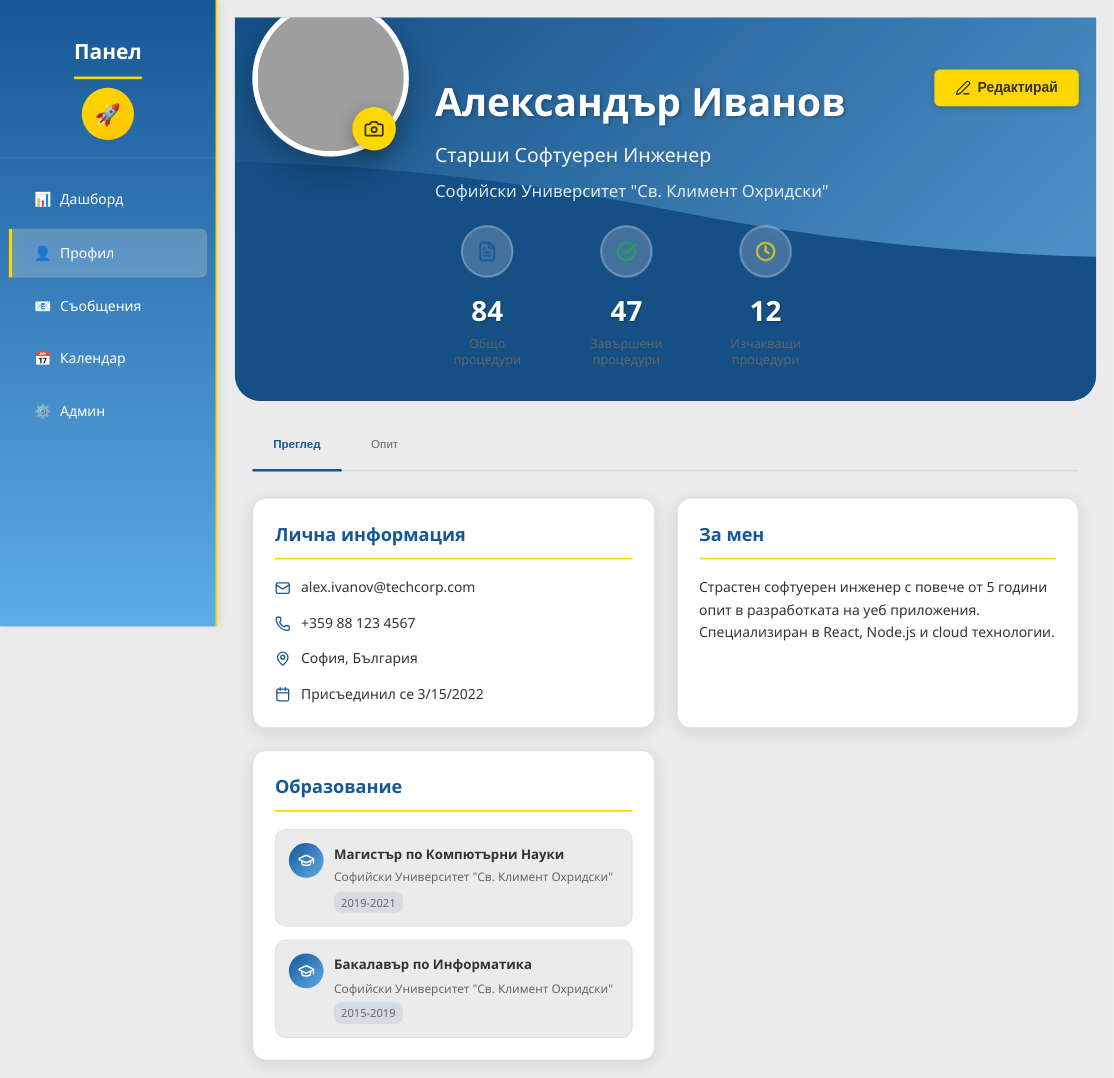
Repository: BorisSavianov/doxa-frontend
Page: /profile
The author's editor kept a copy of each file at every save. The page is drawn from the files as they stood at one save, then again after the next save.
The browser window is 1280 px wide. The pictures show the whole page, at 87% of full size.
Pictures or frames that could not be fetched are drawn as grey boxes. The project was rebuilt for these pictures with package versions that can differ from the ones it lists, and the page was loaded fresh each time. Also part of the build but not shown: vite.config.js, src/components/Layout/Header.jsx, src/components/Charts/SimpleChart.jsx, src/pages/Dashboard.jsx, src/pages/Inbox.css, src/pages/Inbox.jsx, src/pages/Calendar.css, src/pages/Calendar.jsx and 1 more.

Above is the page before, as saved 2025-10-24 14:05:03.

### index.html
<!doctype html>
<html lang="en">
  <head>
    <meta charset="UTF-8" />
    <link rel="icon" type="image/svg+xml" href="/vite.svg" />
    <meta name="viewport" content="width=device-width, initial-scale=1.0" />
    <title>vtu</title>
  </head>
  <body>
    <div id="root"></div>
    <script type="module" src="/src/main.jsx"></script>
  </body>
</html>

### src/main.jsx
import React from 'react'
import ReactDOM from 'react-dom/client'
import { createBrowserRouter, RouterProvider } from 'react-router-dom'
import { ThemeProvider } from './contexts/ThemeContext'
import { LanguageProvider } from './contexts/LanguageContext'
import Layout from './components/Layout/Layout'
import Dashboard from './pages/Dashboard'
import Profile from './pages/Profile'
import Inbox from './pages/Inbox'
import Calendar from './pages/Calendar'
import Admin from './pages/Admin'
import './index.css'

const router = createBrowserRouter([
  {
    path: "/",
    element: <Layout />,
    children: [
      {
        index: true,
        element: <Dashboard />,
      },
      {
        path: "dashboard",
        element: <Dashboard />,
      },
      {
        path: "profile",
        element: <Profile />,
      },
      {
        path: "inbox",
        element: <Inbox />,
      },
      {
        path: "calendar",
        element: <Calendar />,
      },
      {
        path: "admin",
        element: <Admin />,
      },
    ],
  },
], {
  future: {
    v7_startTransition: true,
    v7_relativeSplatPath: true,
  },
});

function App() {
  return (
    <ThemeProvider>
      <LanguageProvider>
        <RouterProvider router={router} />
      </LanguageProvider>
    </ThemeProvider>
  )
}

ReactDOM.createRoot(document.getElementById('root')).render(
  <React.StrictMode>
    <App />
  </React.StrictMode>,
)

### src/contexts/LanguageContext.jsx
import React, { createContext, useContext, useState } from 'react'
import { useLocalStorage } from '../hooks/useLocalStorage'

const LanguageContext = createContext()

export const useLanguage = () => {
  const context = useContext(LanguageContext)
  if (!context) {
    throw new Error('useLanguage must be used within a LanguageProvider')
  }
  return context
}

export const LanguageProvider = ({ children }) => {
  const [isEnglish, setIsEnglish] = useLocalStorage('language', false)

  const toggleLanguage = () => {
    setIsEnglish(prev => !prev)
  }

  const t = (bg, en) => {
    return isEnglish ? en : bg
  }

  const value = {
    isEnglish,
    toggleLanguage,
    t
  }

  return (
    <LanguageContext.Provider value={value}>
      {children}
    </LanguageContext.Provider>
  )
}

// В LanguageContext.jsx, добави следния код в t функцията или създай нова:
const calendarLocales = {
  bg: {
    buttonText: {
      today: 'Днес',
      month: 'Месец',
      week: 'Седмица',
      day: 'Ден',
      list: 'Списък'
    },
    allDayText: 'Цял ден',
    noEventsText: 'Няма събития'
  },
  en: {
    buttonText: {
      today: 'Today',
      month: 'Month',
      week: 'Week',
      day: 'Day',
      list: 'List'
    },
    allDayText: 'All day',
    noEventsText: 'No events'
  }
}

// Актуализирай t функцията или добави нова:
const getCalendarLocale = () => {
  return isEnglish ? calendarLocales.en : calendarLocales.bg
}

### src/components/Layout/Layout.jsx
import React from 'react'
import { Outlet } from 'react-router-dom'
import { useTheme } from '../../contexts/ThemeContext'
import Header from './Header'
import Sidebar from './Sidebar'
import '../../styles/globals.css'

const Layout = () => {
  const { isDark } = useTheme()

  return (
    <div className={`app ${isDark ? 'dark' : 'light'}`}>
      <Sidebar />
      <div className="main-content">

        <Outlet />
      </div>
    </div>
  )
}

export default Layout

### src/index.css
:root {
  font-family: Inter, system-ui, Avenir, Helvetica, Arial, sans-serif;
  line-height: 1.5;
  font-weight: 400;
}

body {
  margin: 0;
  display: flex;
  place-items: center;
  min-width: 320px;
  min-height: 100vh;
}

#root {
  width: 100%;
  margin: 0 auto;
}

### src/components/Layout/Sidebar.jsx
import React from 'react'
import { NavLink } from 'react-router-dom'
import { useLanguage } from '../../contexts/LanguageContext'

const Sidebar = () => {
  const { t } = useLanguage()

  const menuItems = [
    { path: '/dashboard', label: t('Дашборд', 'Dashboard'), icon: '📊' },
    { path: '/profile', label: t('Профил', 'Profile'), icon: '👤' },
    { path: '/inbox', label: t('Съобщения', 'Inbox'), icon: '📧' },
    { path: '/calendar', label: t('Календар', 'Calendar'), icon: '📅' },
    { path: '/admin', label: t('Админ', 'Admin'), icon: '⚙️' }
  ]

  return (
    <aside className="sidebar">
      <div style={{ padding: '20px', textAlign: 'center', borderBottom: '1px solid rgba(255,255,255,0.1)' }}>
        <h2 style={{ color: 'white', fontSize: '1.5rem', marginBottom: '10px' }}>
          {t('Панел', 'Panel')}
        </h2>
        <div style={{
          width: '60px',
          height: '60px',
          background: 'linear-gradient(135deg, var(--accent), #FFC400)',
          borderRadius: '50%',
          margin: '0 auto',
          display: 'flex',
          alignItems: 'center',
          justifyContent: 'center',
          fontSize: '1.5rem'
        }}>
          🚀
        </div>
      </div>

      <nav style={{ marginTop: '20px' }}>
        <ul>
          {menuItems.map((item) => (
            <li key={item.path}>
              <NavLink
                to={item.path}
                className={({ isActive }) => isActive ? 'active' : ''}
              >
                <span style={{ marginRight: '10px' }}>{item.icon}</span>
                {item.label}
              </NavLink>
            </li>
          ))}
        </ul>
      </nav>
    </aside>
  )
}

export default Sidebar

### src/styles/globals.css
* {
  margin: 0;
  padding: 0;
  box-sizing: border-box;
}

:root {
  --transition: all 0.3s ease;
}

body {
  font-family: 'Segoe UI', Tahoma, Geneva, Verdana, sans-serif;
  transition: var(--transition);
  line-height: 1.6;
}

.app {
  min-height: 100vh;
  display: flex;
  transition: var(--transition);
}

/* Light theme */
.app.light {
  background-color: #ebebeb;
  color: #333333;
  --primary: #165895;
  --secondary: #5FACE6;
  --background: #ebebeb;
  --surface: #ffffff;
  --text: #333333;
  --textSecondary: #666666;
  --accent: #FFD700;
  --border: #dddddd;
}

/* Dark theme */
.app.dark {
  background-color: #333333;
  color: #ebebeb;
  --primary: #5FACE6;
  --secondary: #165895;
  --background: #333333;
  --surface: #444444;
  --text: #ebebeb;
  --textSecondary: #cccccc;
  --accent: #FFD700;
  --border: #555555;
}

/* Main content area */
.main-content {
  flex: 1;
  padding: 20px;
  margin-left: 250px;
  transition: var(--transition);
  background: var(--background);
}

/* Header */
.header {
  background: linear(135deg, var(--primary), var(--secondary));
  padding: 1rem 2rem;
  display: flex;
  justify-content: space-between;
  align-items: center;
  box-shadow: 0 2px 10px rgba(0,0,0,0.1);
  transition: var(--transition);
  border-bottom: 3px solid var(--accent);
}

.header h1 {
  color: white;
  font-size: 1.8rem;
  font-weight: 600;
  text-shadow: 1px 1px 2px rgba(0,0,0,0.2);
}

.header-controls {
  display: flex;
  gap: 1rem;
  align-items: center;
}

/* Sidebar */
.sidebar {
  width: 250px;
  background: linear-gradient(180deg, var(--primary), var(--secondary));
  position: fixed;
  height: 100vh;
  padding: 20px 0;
  box-shadow: 3px 0 10px rgba(0,0,0,0.1);
  transition: var(--transition);
  border-right: 2px solid var(--accent);
}

.sidebar nav ul {
  list-style: none;
}

.sidebar nav a {
  display: block;
  padding: 15px 25px;
  color: white;
  text-decoration: none;
  transition: var(--transition);
  border-left: 4px solid transparent;
  font-weight: 500;
  margin: 5px 10px;
  border-radius: 0 8px 8px 0;
}

.sidebar nav a:hover {
  background: rgba(255, 255, 255, 0.1);
  border-left-color: var(--accent);
  transform: translateX(5px);
}

.sidebar nav a.active {
  background: rgba(255, 255, 255, 0.2);
  border-left-color: var(--accent);
  box-shadow: inset 0 0 20px rgba(255, 215, 0, 0.1);
}

/* Buttons */
.btn {
  padding: 10px 20px;
  border: none;
  border-radius: 6px;
  cursor: pointer;
  font-weight: 600;
  transition: var(--transition);
  display: flex;
  align-items: center;
  gap: 8px;
  font-size: 0.9rem;
}

.btn-primary {
  background: linear-gradient(135deg, var(--primary), var(--secondary));
  color: white;
  box-shadow: 0 2px 8px rgba(0,0,0,0.2);
}

.btn-primary:hover {
  transform: translateY(-2px);
  box-shadow: 0 4px 12px rgba(0,0,0,0.3);
}

.btn-accent {
  background: var(--accent);
  color: #333333;
  font-weight: bold;
  box-shadow: 0 2px 8px rgba(255, 215, 0, 0.3);
}

.btn-accent:hover {
  background: #FFC400;
  transform: translateY(-2px);
  box-shadow: 0 4px 12px rgba(255, 215, 0, 0.4);
}

/* Cards */
.card {
  background: var(--surface);
  border-radius: 12px;
  padding: 25px;
  box-shadow: 0 4px 15px rgba(0,0,0,0.1);
  transition: var(--transition);
  border: 1px solid var(--border);
  position: relative;
  overflow: hidden;
}

.card::before {
  content: '';
  position: absolute;
  top: 0;
  left: 0;
  right: 0;
  height: 4px;
  background: linear-gradient(90deg, var(--primary), var(--accent));
}

.card:hover {
  transform: translateY(-5px);
  box-shadow: 0 8px 25px rgba(0,0,0,0.15);
}

/* Dashboard Grid */
.dashboard-grid {
  display: grid;
  grid-template-columns: repeat(auto-fit, minmax(280px, 1fr));
  gap: 25px;
  margin-top: 25px;
}

.stat-card {
  text-align: center;
  background: linear-gradient(135deg, var(--surface), var(--background));
}

.stat-number {
  font-size: 2.5rem;
  font-weight: bold;
  background: linear-gradient(135deg, var(--primary), var(--secondary));
  -webkit-background-clip: text;
  -webkit-text-fill-color: transparent;
  background-clip: text;
  margin: 15px 0;
}

.stat-label {
  color: var(--textSecondary);
  font-size: 1rem;
  font-weight: 500;
}

/* Chart container */
.chart-container {
  background: var(--surface);
  border-radius: 12px;
  padding: 25px;
  margin-top: 25px;
  border: 1px solid var(--border);
  box-shadow: 0 4px 15px rgba(0,0,0,0.1);
}

.chart-container h3 {
  color: var(--primary);
  margin-bottom: 20px;
  font-size: 1.3rem;
}

.simple-chart {
  height: 250px;
  background: linear-gradient(135deg, var(--background), var(--surface));
  border-radius: 8px;
  display: flex;
  align-items: flex-end;
  padding: 15px;
  gap: 12px;
  border: 1px solid var(--border);
}

.chart-bar {
  flex: 1;
  background: linear-gradient(to top, var(--primary), var(--secondary));
  border-radius: 4px 4px 0 0;
  transition: var(--transition);
  min-height: 20px;
  position: relative;
  box-shadow: 0 -2px 10px rgba(0,0,0,0.1);
}

.chart-bar:hover {
  transform: scaleY(1.05);
  box-shadow: 0 -4px 15px rgba(0,0,0,0.2);
}

.chart-bar::after {
  content: '';
  position: absolute;
  top: 0;
  left: 0;
  right: 0;
  height: 100%;
  background: linear-gradient(to bottom, transparent, rgba(255, 215, 0, 0.3));
  border-radius: 4px 4px 0 0;
}

/* Page headers */
h2 {
  color: var(--primary);
  font-size: 2rem;
  margin-bottom: 20px;
  padding-bottom: 10px;
  border-bottom: 3px solid var(--accent);
  display: inline-block;
}

h3 {
  color: var(--primary);
  margin-bottom: 15px;
  font-size: 1.4rem;
}

/* Responsive design */
@media (max-width: 768px) {
  .sidebar {
    width: 200px;
    transform: translateX(-100%);
  }

  .main-content {
    margin-left: 0;
  }

  .dashboard-grid {
    grid-template-columns: 1fr;
  }

  .header {
    padding: 1rem;
  }

  .header h1 {
    font-size: 1.4rem;
  }
}

/* Additional styling for better visual hierarchy */
.progress-bar {
  background: var(--border);
  border-radius: 10px;
  height: 8px;
  overflow: hidden;
  margin: 10px 0;
}

.progress-fill {
  height: 100%;
  background: linear-gradient(90deg, var(--primary), var(--accent));
  border-radius: 10px;
  transition: width 0.3s ease;
}

.badge {
  background: var(--accent);
  color: #333333;
  padding: 4px 12px;
  border-radius: 20px;
  font-size: 0.8rem;
  font-weight: bold;
  display: inline-block;
  margin-left: 10px;
}

### src/pages/Profile.css
.profile-page {
  min-height: calc(100vh - 100px);
  background: var(--background);
}

/* Profile Header */
.profile-header {
  position: relative;
  background: linear-gradient(135deg, var(--primary), var(--secondary));
  border-radius: 0 0 30px 30px;
  padding: 40px 20px 40px;
  margin-bottom: 30px;
  overflow: hidden;
}

.profile-background {
  position: absolute;
  top: 0;
  left: 0;
  right: 0;
  bottom: 0;
  background: url('data:[embedded picture, 159 characters]') bottom center no-repeat;
  background-size: cover;
}

.background-overlay {
  position: absolute;
  top: 0;
  left: 0;
  right: 0;
  bottom: 0;
  background: rgba(0, 0, 0, 0.1);
}

.profile-info {
  position: relative;
  z-index: 2;
  display: flex;
  justify-content: space-between;
  align-items: flex-start;
  max-width: 1200px;
  margin: 0 auto;
  gap: 30px;
}

.main-profile-section {
  display: flex;
  align-items: flex-start;
  gap: 30px;
  flex: 1;
}

/* Large Avatar */
.large-avatar-container {
  position: relative;
  margin-top: -60px;
}

.large-profile-avatar {
  width: 180px;
  height: 180px;
  border-radius: 50%;
  border: 6px solid white;
  background: var(--surface);
  box-shadow: 0 15px 40px rgba(0, 0, 0, 0.3);
  object-fit: cover;
}

.avatar-edit-btn.large {
  position: absolute;
  bottom: 15px;
  right: 15px;
  width: 50px;
  height: 50px;
  border-radius: 50%;
  background: var(--accent);
  border: none;
  color: #333333;
  cursor: pointer;
  display: flex;
  align-items: center;
  justify-content: center;
  box-shadow: 0 6px 20px rgba(0, 0, 0, 0.3);
  transition: var(--transition);
  font-weight: bold;
}

.avatar-edit-btn.large:hover {
  background: #FFC400;
  transform: scale(1.1);
}

.profile-main-info {
  flex: 1;
  padding-top: 20px;
}

.name-title-section h1 {
  color: white;
  font-size: 2.8rem;
  margin-bottom: 8px;
  text-shadow: 2px 2px 4px rgba(0, 0, 0, 0.3);
  font-weight: 700;
}

.position {
  color: rgba(255, 255, 255, 0.95);
  font-size: 1.4rem;
  margin-bottom: 8px;
  font-weight: 500;
}

.university {
  color: rgba(255, 255, 255, 0.85);
  font-size: 1.2rem;
  margin-bottom: 25px;
  font-weight: 400;
}

/* Profile Stats */
.profile-stats {
  display: flex;
  gap: 40px;
  margin-top: 20px;
}

.stat-item {
  text-align: center;
  color: white;
  min-width: 100px;
}

.stat-icon-wrapper {
  width: 60px;
  height: 60px;
  border-radius: 50%;
  background: rgba(255, 255, 255, 0.2);
  display: flex;
  align-items: center;
  justify-content: center;
  margin: 0 auto 12px;
  backdrop-filter: blur(10px);
  border: 2px solid rgba(255, 255, 255, 0.3);
}

.stat-value {
  font-size: 2rem;
  font-weight: bold;
  margin: 8px 0 4px;
  text-shadow: 1px 1px 2px rgba(0, 0, 0, 0.3);
}

.stat-label {
  font-size: 0.9rem;
  opacity: 0.95;
  font-weight: 500;
  max-width: 120px;
  line-height: 1.2;
}

.profile-actions {
  padding-top: 20px;
}

.edit-btn {
  background: var(--accent);
  color: #333333;
  font-weight: bold;
  padding: 12px 24px;
  font-size: 1rem;
}

/* Profile Content */
.profile-content {
  max-width: 1200px;
  margin: 0 auto;
  padding: 0 20px;
}

.profile-tabs {
  display: flex;
  gap: 10px;
  margin-bottom: 30px;
  border-bottom: 2px solid var(--border);
  padding-bottom: 10px;
}

.tab-btn {
  padding: 12px 24px;
  border: none;
  background: transparent;
  color: var(--textSecondary);
  font-weight: 500;
  border-radius: 8px 8px 0 0;
  cursor: pointer;
  transition: var(--transition);
  position: relative;
}

.tab-btn:hover {
  color: var(--primary);
  background: rgba(22, 88, 149, 0.1);
}

.tab-btn.active {
  color: var(--primary);
  font-weight: 600;
}

.tab-btn.active::after {
  content: '';
  position: absolute;
  bottom: -12px;
  left: 0;
  right: 0;
  height: 3px;
  background: var(--primary);
  border-radius: 2px;
}

/* Overview Content */
.grid-layout {
  display: grid;
  grid-template-columns: repeat(auto-fit, minmax(350px, 1fr));
  gap: 25px;
}

.info-card {
  background: var(--surface);
  padding: 25px;
  border-radius: 16px;
  box-shadow: 0 4px 20px rgba(0, 0, 0, 0.1);
  border: 1px solid var(--border);
  transition: var(--transition);
}

.info-card:hover {
  transform: translateY(-5px);
  box-shadow: 0 8px 30px rgba(0, 0, 0, 0.15);
}

.info-card h3 {
  color: var(--primary);
  margin-bottom: 20px;
  font-size: 1.3rem;
  border-bottom: 2px solid var(--accent);
  padding-bottom: 10px;
}

.info-list {
  display: flex;
  flex-direction: column;
  gap: 15px;
}

.info-item {
  display: flex;
  align-items: center;
  gap: 12px;
  color: var(--text);
}

.info-item svg {
  color: var(--primary);
  flex-shrink: 0;
}

.bio-text {
  line-height: 1.6;
  color: var(--text);
  font-size: 1rem;
}

/* Education Preview */
.education-preview {
  display: flex;
  flex-direction: column;
  gap: 15px;
}

.edu-preview-item {
  display: flex;
  align-items: flex-start;
  gap: 12px;
  padding: 15px;
  background: var(--background);
  border-radius: 12px;
  border: 1px solid var(--border);
  transition: var(--transition);
}

.edu-preview-item:hover {
  transform: translateX(5px);
  border-color: var(--primary);
}

.edu-preview-icon {
  width: 40px;
  height: 40px;
  border-radius: 50%;
  background: linear-gradient(135deg, var(--primary), var(--secondary));
  display: flex;
  align-items: center;
  justify-content: center;
  color: white;
  flex-shrink: 0;
}

.edu-preview-details {
  flex: 1;
}

.edu-preview-degree {
  font-weight: 600;
  color: var(--text);
  margin-bottom: 4px;
  font-size: 0.95rem;
}

.edu-preview-university {
  color: var(--textSecondary);
  font-size: 0.85rem;
  margin-bottom: 6px;
}

.edu-preview-meta {
  display: flex;
  justify-content: space-between;
  align-items: center;
  flex-wrap: wrap;
  gap: 8px;
}

.edu-period {
  font-size: 0.8rem;
  color: var(--textSecondary);
  background: rgba(22, 88, 149, 0.1);
  padding: 2px 8px;
  border-radius: 8px;
}

.edu-grade {
  font-size: 0.8rem;
  font-weight: 600;
  color: var(--accent);
  background: rgba(255, 215, 0, 0.1);
  padding: 2px 8px;
  border-radius: 8px;
}

/* Experience Timeline */
.timeline {
  position: relative;
  max-width: 800px;
}

.timeline::before {
  content: '';
  position: absolute;
  left: 30px;
  top: 0;
  bottom: 0;
  width: 2px;
  background: var(--primary);
}

.timeline-item {
  display: flex;
  gap: 20px;
  margin-bottom: 30px;
  position: relative;
}

.timeline-marker {
  width: 60px;
  height: 60px;
  border-radius: 50%;
  background: linear-gradient(135deg, var(--primary), var(--secondary));
  display: flex;
  align-items: center;
  justify-content: center;
  color: white;
  flex-shrink: 0;
  box-shadow: 0 4px 12px rgba(0, 0, 0, 0.2);
  z-index: 2;
}

.timeline-content {
  flex: 1;
  background: var(--surface);
  padding: 25px;
  border-radius: 16px;
  box-shadow: 0 4px 20px rgba(0, 0, 0, 0.1);
  border: 1px solid var(--border);
}

.timeline-content h4 {
  color: var(--primary);
  margin-bottom: 8px;
  font-size: 1.2rem;
}

.company-period {
  display: flex;
  justify-content: space-between;
  align-items: center;
  margin-bottom: 12px;
  flex-wrap: wrap;
  gap: 10px;
}

.period {
  background: var(--accent);
  color: #333333;
  padding: 4px 12px;
  border-radius: 12px;
  font-size: 0.8rem;
  font-weight: bold;
}

.description {
  color: var(--textSecondary);
  line-height: 1.6;
}

/* Edit Modal */
.edit-modal-overlay {
  position: fixed;
  top: 0;
  left: 0;
  right: 0;
  bottom: 0;
  background: rgba(0, 0, 0, 0.7);
  display: flex;
  justify-content: center;
  align-items: center;
  z-index: 1000;
  backdrop-filter: blur(5px);
}

.edit-modal {
  background: var(--surface);
  border-radius: 20px;
  width: 90%;
  max-width: 600px;
  max-height: 80vh;
  overflow-y: auto;
  box-shadow: 0 25px 50px rgba(0, 0, 0, 0.3);
  border: 2px solid var(--accent);
}

.modal-header {
  display: flex;
  justify-content: space-between;
  align-items: center;
  padding: 25px 30px;
  border-bottom: 1px solid var(--border);
}

.modal-header h3 {
  color: var(--primary);
  margin: 0;
}

.close-btn {
  background: none;
  border: none;
  font-size: 2rem;
  color: var(--textSecondary);
  cursor: pointer;
  width: 40px;
  height: 40px;
  display: flex;
  align-items: center;
  justify-content: center;
  border-radius: 50%;
  transition: var(--transition);
}

.close-btn:hover {
  background: var(--background);
  color: var(--error);
}

.modal-body {
  padding: 25px 30px;
}

.form-grid {
  display: grid;
  grid-template-columns: 1fr 1fr;
  gap: 20px;
}

.form-group {
  display: flex;
  flex-direction: column;
}

.form-group.full-width {
  grid-column: 1 / -1;
}

.form-group label {
  margin-bottom: 8px;
  font-weight: 600;
  color: var(--text);
}

.form-input,
.form-textarea {
  padding: 12px 15px;
  border: 2px solid var(--border);
  border-radius: 8px;
  background: var(--background);
  color: var(--text);
  font-size: 1rem;
  transition: var(--transition);
  font-family: inherit;
}

.form-input:focus,
.form-textarea:focus {
  outline: none;
  border-color: var(--primary);
  box-shadow: 0 0 0 3px rgba(22, 88, 149, 0.1);
}

.form-textarea {
  resize: vertical;
  min-height: 100px;
}

.modal-footer {
  display: flex;
  justify-content: flex-end;
  gap: 15px;
  padding: 20px 30px;
  border-top: 1px solid var(--border);
  background: var(--background);
}

/* Responsive Design */
@media (max-width: 1024px) {
  .profile-info {
    flex-direction: column;
    align-items: center;
    text-align: center;
    gap: 20px;
  }

  .main-profile-section {
    flex-direction: column;
    align-items: center;
    gap: 20px;
  }

  .large-avatar-container {
    margin-top: -80px;
  }

  .profile-stats {
    justify-content: center;
  }

  .grid-layout {
    grid-template-columns: 1fr;
  }
}

@media (max-width: 768px) {
  .profile-header {
    padding: 30px 15px 40px;
  }

  .large-profile-avatar {
    width: 150px;
    height: 150px;
  }

  .name-title-section h1 {
    font-size: 2.2rem;
  }

  .profile-stats {
    flex-wrap: wrap;
    gap: 20px;
  }

  .stat-item {
    min-width: 80px;
  }

  .profile-tabs {
    overflow-x: auto;
    padding-bottom: 5px;
  }

  .tab-btn {
    white-space: nowrap;
  }

  .form-grid {
    grid-template-columns: 1fr;
  }
}

/* Animation enhancements */
@keyframes fadeInUp {
  from {
    opacity: 0;
    transform: translateY(30px);
  }
  to {
    opacity: 1;
    transform: translateY(0);
  }
}

Loaded but not shown: src/contexts/ThemeContext.js (31 lines, source omitted); src/hooks/useLocalStorage.js (24 lines, source omitted); src/pages/Profile.jsx (417 lines, source omitted)

After the next save:
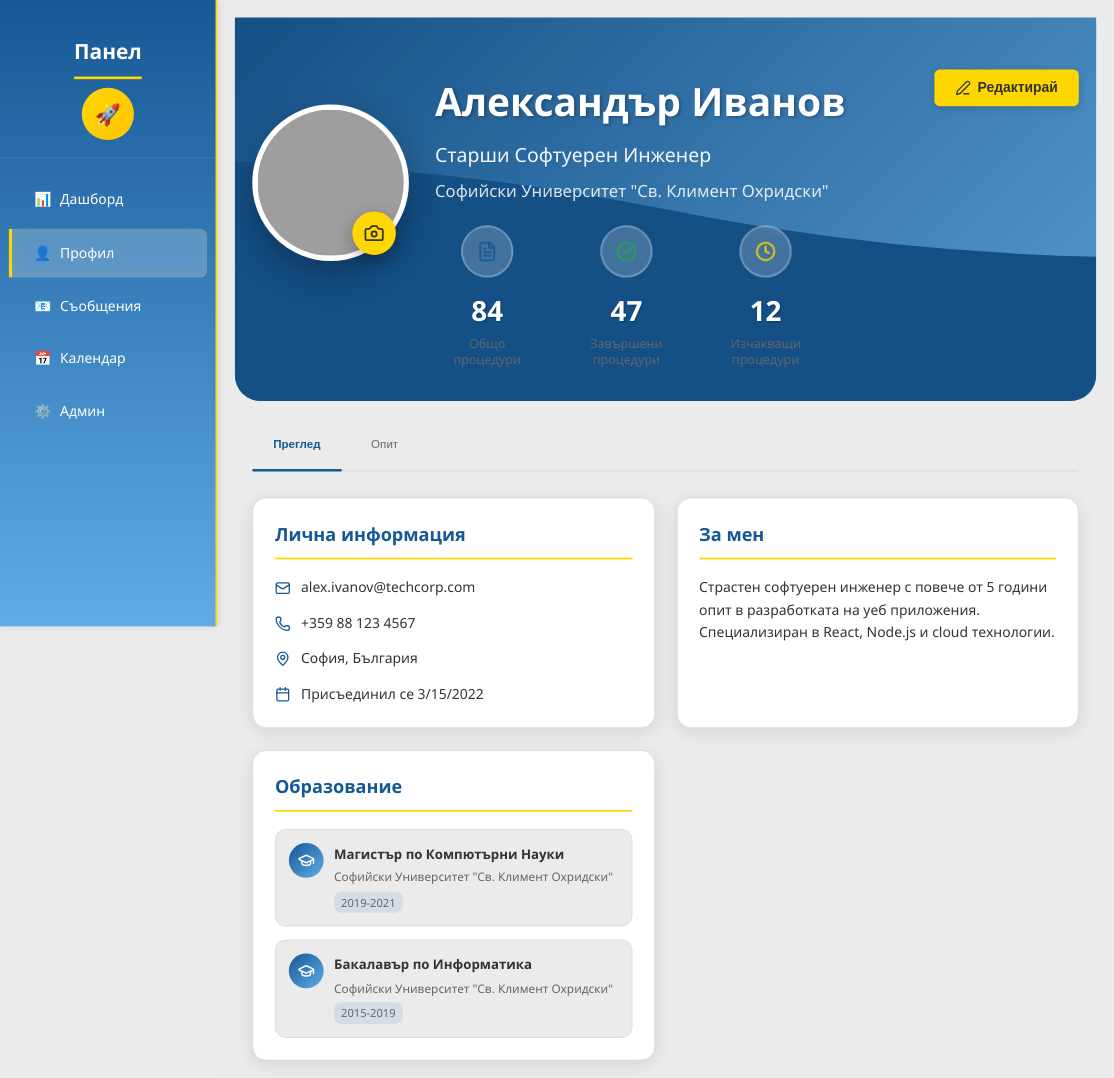
Saved 6 s later.
--- a/src/pages/Profile.css
+++ b/src/pages/Profile.css
@@ -53,7 +53,7 @@
 /* Large Avatar */
 .large-avatar-container {
   position: relative;
-  margin-top: -60px;
+  margin-top: 60px;
 }
 
 .large-profile-avatar {
